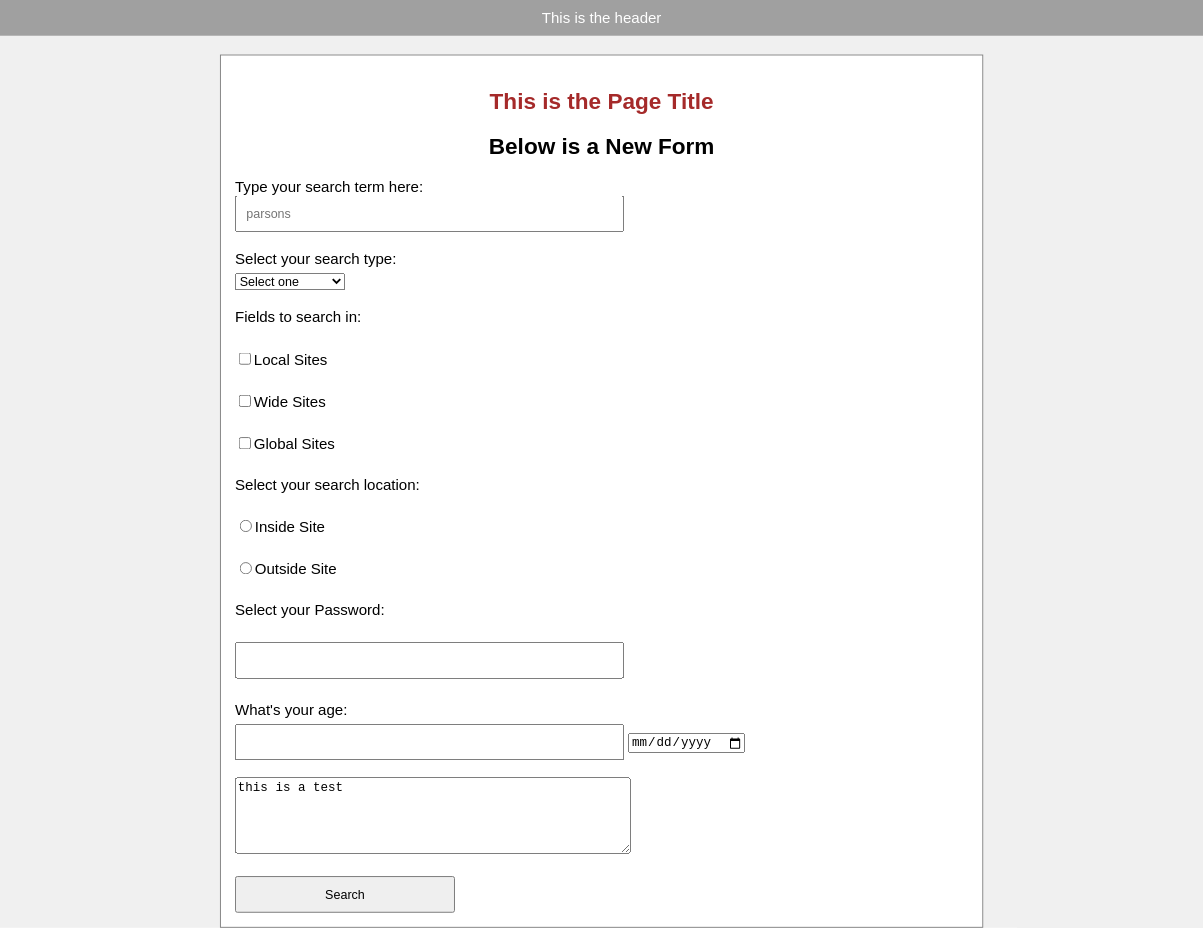
Repository: m0llyc00k/web-advanced
Page: c-6/class_6_html-boilerplate/html-boilerplate/index.html
The author's editor kept a record of every edit. The page is drawn from the files as they stood at one moment, then again after the next edit.
The browser window is 1280 px wide. The pictures show the whole page, at 94% of full size.

Above is the page before.
Console error: ReferenceError: searchBar is not defined

After the next edit:
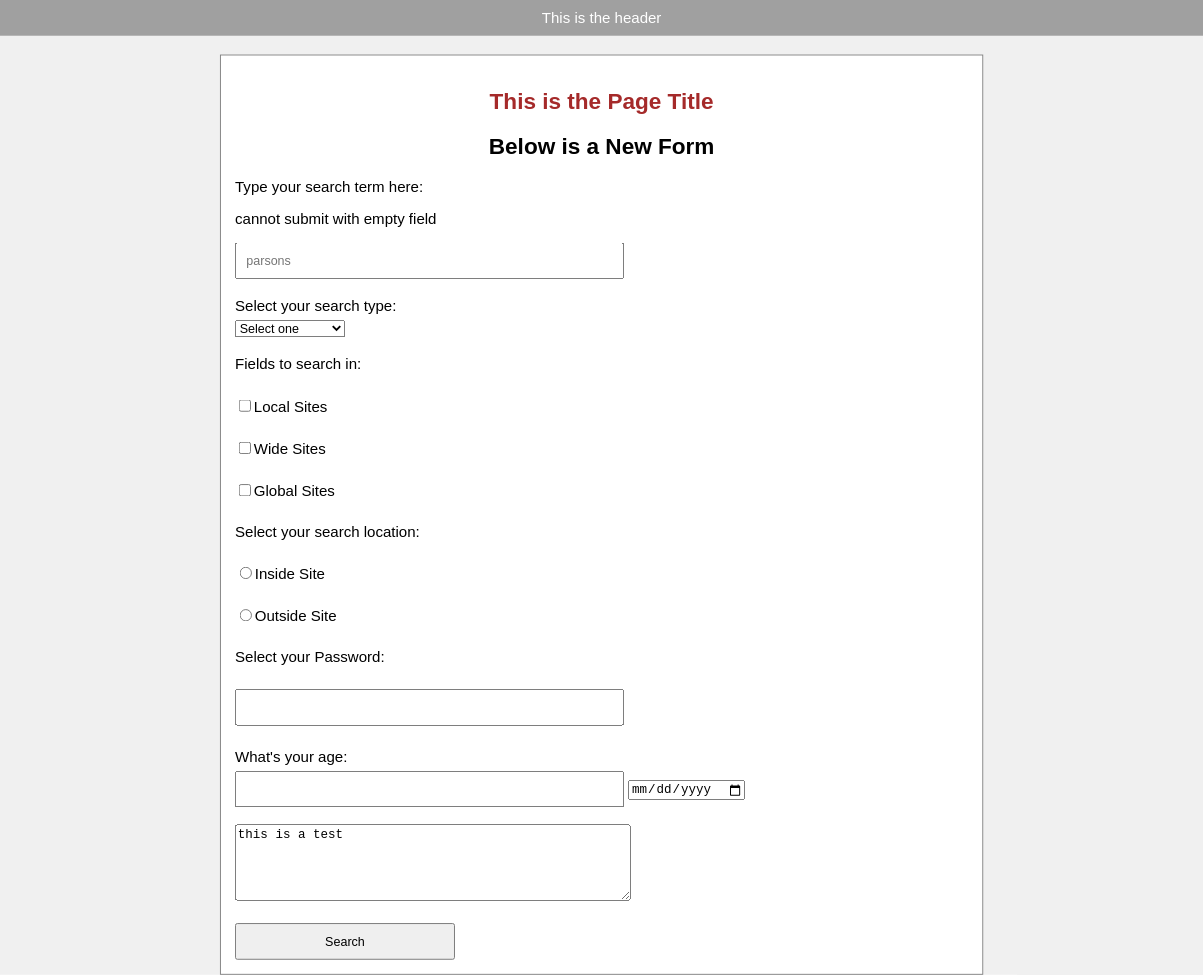
The error is gone.
The edit:
--- a/c-6/class_6_html-boilerplate/html-boilerplate/js/scripts.js
+++ b/c-6/class_6_html-boilerplate/html-boilerplate/js/scripts.js
@@ -42,7 +42,8 @@
 // // let input_pass = this.elements.SearchPass;
 if (inp.value == '') {
     // alert('search box cannot be empty')
-    const para = document.createElement('p')
+    const para = document.createElement('p');
+    const searchBar = document.getElementById('SearchBox');
     para.textContent = 'cannot submit with empty field';
     f.insertBefore(para, searchBar);
 
